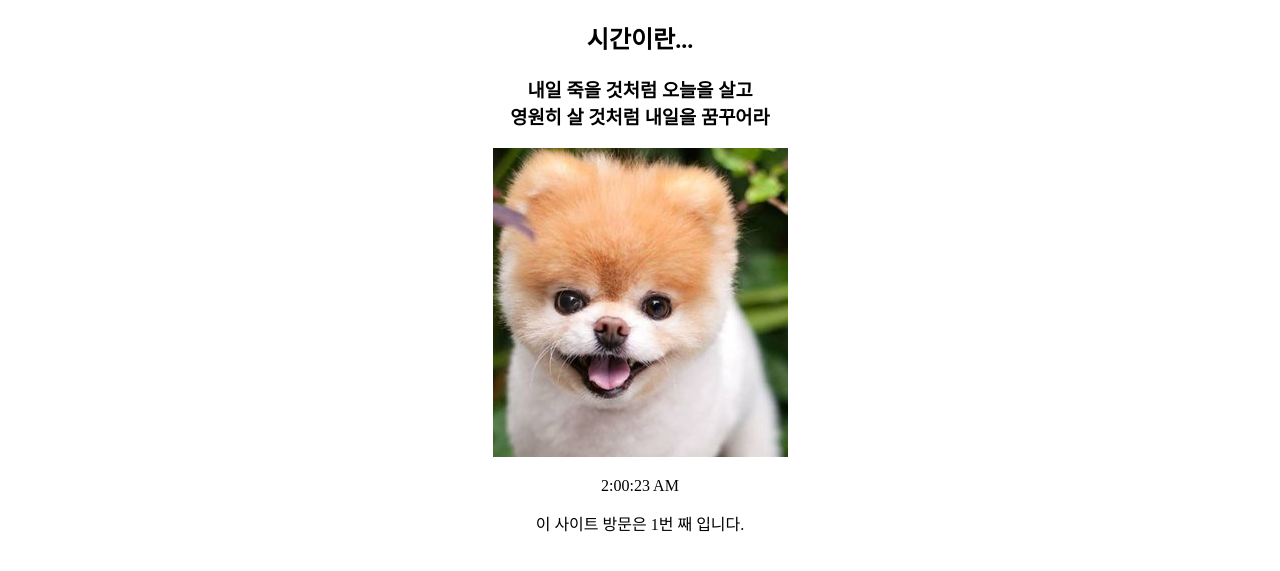
Repository: BangJinn/jspworks
Page: http://localhost/jwbook/time.jsp
The author's editor kept a copy of each file at every save. The page is drawn from the files as they stood at one save, then again after the next save.
The browser window is 1280 px wide. The pictures show the whole page.
The page is served by Tomcat 9.

Above is the page before, as saved 2023-11-20 03:17:10.

### jwbook/src/main/webapp/time.jsp
<%@ page language="java" contentType="text/html; charset=UTF-8"
    pageEncoding="UTF-8"%>
<!DOCTYPE html>
<html>
<head>
<meta charset="UTF-8">
<meta name ="viewport" content = "width=device-width, initial-scale=1.0">
<title>Insert title here</title>
<style>
#wrap{width : 80%; margin: 0 auto; text-align: center;}
</style>
<script src = "resources/js/time.js"></script>
</head>
<body>
	<%
		int count = 0;
	%>


	<div id = "wrap">
		<h2>시간이란...</h2>
		<h3>내일 죽을 것처럼 오늘을 살고<br>

			영원히 살 것처럼 내일을 꿈꾸어라</h3>
			<div>
			<img alt="" src="resources/images/dog2.PNG">
			</div>
			<p id = "display"></p>
			<p>이 사이트 방문은 <%= ++count %>번 째 입니다.</p>
	</div>

</body>
</html>

### jwbook/src/main/webapp/resources/js/time.js
/**
 * time.jsp 구현
 */

 setInterval(myWatch, 1000);

 function myWatch(){
	 let date = new Date();
	 let time = date.toLocaleTimeString();
	 document.getElementById("display").innerHTML = time;
 }

After the next save:
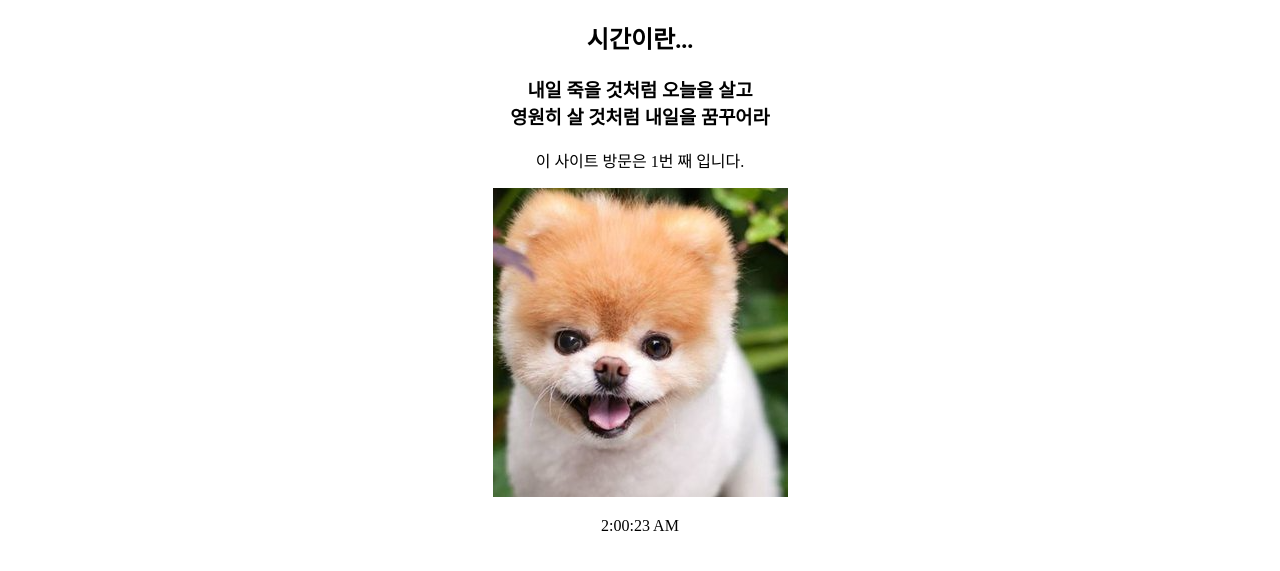
Saved 16 s later.
--- a/jwbook/src/main/webapp/time.jsp
+++ b/jwbook/src/main/webapp/time.jsp
@@ -22,11 +22,12 @@
 		<h3>내일 죽을 것처럼 오늘을 살고<br>
 
 			영원히 살 것처럼 내일을 꿈꾸어라</h3>
+			<p>이 사이트 방문은 <%= ++count %>번 째 입니다.</p>
 			<div>
 			<img alt="" src="resources/images/dog2.PNG">
 			</div>
 			<p id = "display"></p>
-			<p>이 사이트 방문은 <%= ++count %>번 째 입니다.</p>
+
 	</div>
 
 </body>
